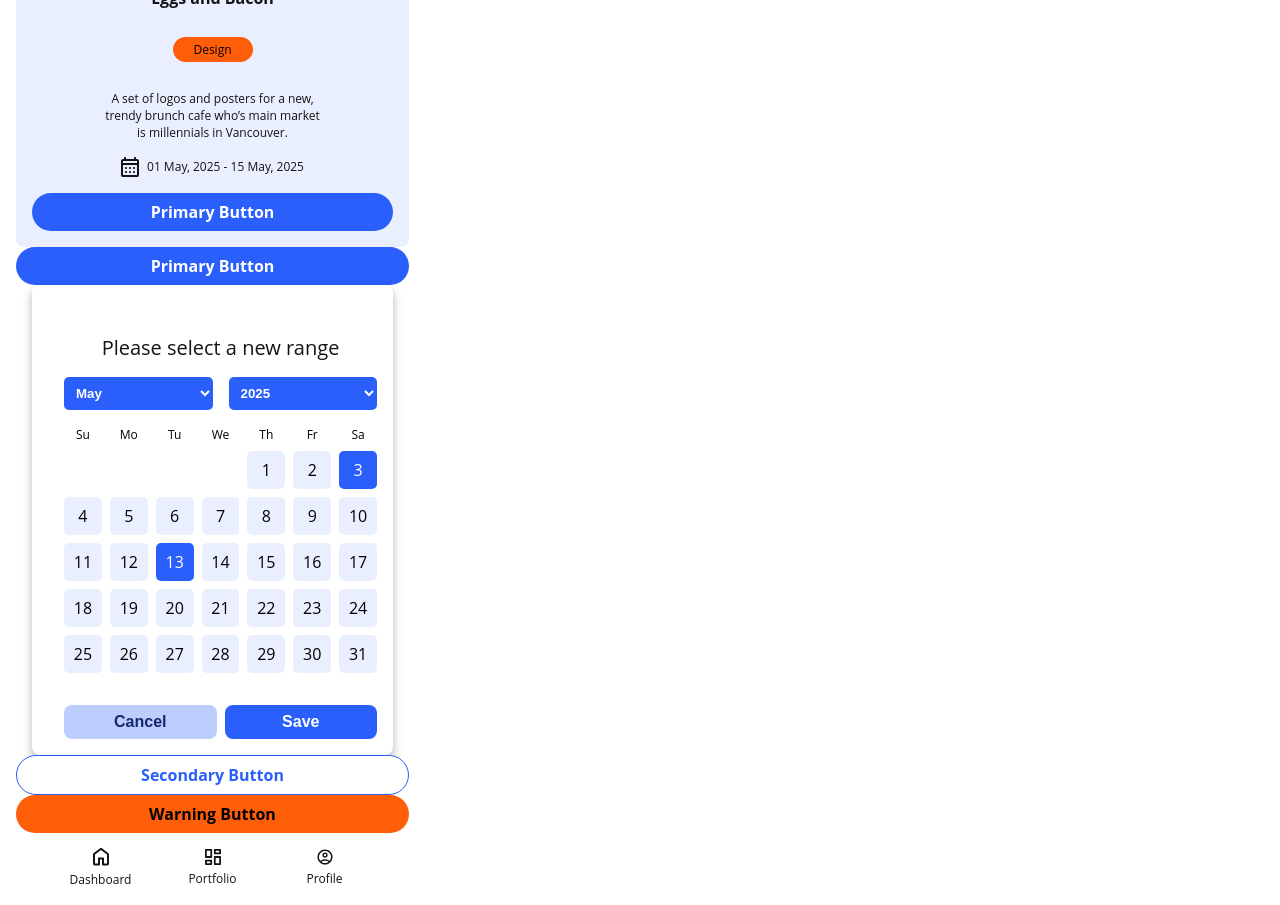
Repository: brunaguarizo/mosaic_app
Page: /
These files come from the project's save history. The page is drawn as it stood at one moment and after the next save; the edit follows.
The browser window is 1280 px wide. The pictures show the whole page.
The project was rebuilt for these pictures with package versions that can differ from the ones it lists, and the page was loaded fresh each time. The framework's server and built-in components were replaced by stand-ins that run in the browser. Also part of the build but not shown: next.config.mjs.

Above is the page before, as saved 2025-04-18 10:54:10.

### app/page.js
import Navbar from "./_ui/Navbar/Navbar";
import ProjectCard from "./_ui/Project_card/Project_card";
import Button from "./_ui/Button/Button";
import DatePicker from "./_ui/Date_PopUp/Date_PopUp";

export default function Home() {
    return (
        <div>
            <ProjectCard />

            <Button
                value='Primary Button'
                type='primary'
                //onClick={}
            />
            <DatePicker />

            <Button
                value='Secondary Button'
                type='secondary'
                //onClick={}
            />

            <Button
                value='Warning Button'
                type='warning'
                //onClick={}
            />
            <Navbar />
        </div>
    );
}

### app/globals.css
/* ------------------------------------------------------ GENERAL STYLES ------------------------------------------------------ */
*,
*::before,
*::after {
    box-sizing: inherit;
}

html,
body {
    padding: 0;
    margin: 0;
    font-family: var(--font-family);
    box-sizing: border-box;
}

html {
    display: flex;
    justify-content: center;
    align-items: center;
    width: 393px;
    height: 100%;
    margin: var(--space-regular);
}

.container {
}

.two-column {
    display: grid;
    grid-template-columns: 1fr 1fr;
    gap: var(--space-large);
}

/* ------------------------------------------------------ VARIABLES ------------------------------------------------------ */
:root {
    /* ----- COLORS ----- */
    --blue-primary: rgb(43, 95, 252);
    --blue-50: rgb(234, 239, 255);
    --blue-900: rgb(18, 40, 106);
    --white: #ffffff;
    --black: rgb(20, 20, 20);
    --grey-400: rgb(67, 67, 67);
    --yellow-secondary: rgb(255, 218, 1);
    --orange-secondary: rgb(255, 94, 9);
    --green-secondary: rgb(0, 193, 79);
    --purple-secondary: rgb(154, 65, 255);

    /* ----- TYPE ----- */
    --font-family: "Open Sans", sans-serif;

    --header-xxlarge-size: 88px;
    --title-section-font-size: 30px;
    --button-font-size: 24px;
    --body-text-font-size: 20px;
    --menu-font-size: 16px;
    --label-font-size: 12px;

    --font-style-normal: normal;
    --font-weight-bold: bold;

    --line-height-xxlarge: 100px;
    --line-height-large: 36px;
    --line-height-medium: 28px;
    --line-height-small: 20px;

    /* ----- SPACING ----- */
    --space-small: 8px;
    --space-regular: 16px;
    --space-medium: 32px;
    --space-large: 48px;
    --space-extra-large: 140px;
}

### app/_ui/Button/Button.js
// type: primary, secondary, warning
// disabled: boolean
// icon: icon
// size: small / default / large
// value: text
// onClick: function

import styles from "./Button.module.css";
import classNames from "classnames";

export default function Button({
    type,
    isDisabled = false,
    icon,
    size,
    value,
    onClick,
}) {
    const buttonClasses = classNames(styles.button, {
        [styles.small]: size === "small",
        [styles.large]: size === "large",
        [styles.primary]: type === "primary",
        [styles.secondary]: type === "secondary",
        [styles.disabled]: isDisabled,
        [styles.error]: type === "warning",
    });

    return (
        <input
            className={buttonClasses}
            type='button'
            value={value}
            onClick={onClick}
        />
    );
}

### app/_ui/Date_PopUp/Date_PopUp.js
"use client";

import { useState } from "react";
import styles from "./Date_PopUp.module.css";

const months = [
    "January",
    "February",
    "March",
    "April",
    "May",
    "June",
    "July",
    "August",
    "September",
    "October",
    "November",
    "December",
];

const years = [2025, 2026, 2027, 2028, 2029, 2020];

export default function DatePicker() {
    const [selectedMonth, setSelectedMonth] = useState(4); // May
    const [selectedYear, setSelectedYear] = useState(2025);
    const [selectedDates, setSelectedDates] = useState([3, 13]);

    const generateCalendar = () => {
        const firstDay = new Date(selectedYear, selectedMonth, 1).getDay();
        const daysInMonth = new Date(
            selectedYear,
            selectedMonth + 1,
            0
        ).getDate();

        const blanks = Array(firstDay).fill(null);
        const days = Array.from({ length: daysInMonth }, (_, i) => i + 1);

        return [...blanks, ...days];
    };

    const handleDateClick = (day) => {
        if (!day) return;
        const updated = [...selectedDates];
        if (updated.length === 2) updated.length = 0;
        updated.push(day);
        setSelectedDates(updated.sort((a, b) => a - b));
    };

    return (
        <div className={styles.popupContainer}>
            <div className={styles.popup}>
                <h2 className={styles.title}>Please select a new range</h2>
                <div className={styles.selects}>
                    <select
                        className={styles.select}
                        value={selectedMonth}
                        onChange={(e) =>
                            setSelectedMonth(Number(e.target.value))
                        }>
                        {months.map((month, idx) => (
                            <option
                                key={month}
                                value={idx}>
                                {month}
                            </option>
                        ))}
                    </select>
                    <select
                        className={styles.select}
                        value={selectedYear}
                        onChange={(e) =>
                            setSelectedYear(Number(e.target.value))
                        }>
                        {years.map((year) => (
                            <option
                                key={year}
                                value={year}>
                                {year}
                            </option>
                        ))}
                    </select>
                </div>
                <div className={styles.calendar}>
                    {["Su", "Mo", "Tu", "We", "Th", "Fr", "Sa"].map((day) => (
                        <div
                            key={day}
                            className={styles.dayLabel}>
                            {day}
                        </div>
                    ))}
                    {generateCalendar().map((day, idx) => (
                        <div
                            key={idx}
                            className={`${styles.dayCell} ${
                                selectedDates.includes(day)
                                    ? styles.selected
                                    : ""
                            } ${!day ? styles.empty : ""}`}
                            onClick={() => handleDateClick(day)}>
                            {day || ""}
                        </div>
                    ))}
                </div>
                <div className={styles.actions}>
                    <button className={styles.cancel}>Cancel</button>
                    <button className={styles.save}>Save</button>
                </div>
            </div>
        </div>
    );
}

### app/_ui/navbar/Navbar.module.css
.nav {
    width: 393px;
    height: 72px;
    justify-content: center;
    align-items: center;
    display: flex;
    flex-direction: row;
    padding: 0;
    margin: 0;
    gap: var(--space-large);
    border-top: 1px solid var(--grey-50);
}

.navbar__item {
    display: flex;
    flex-direction: column;
    justify-content: center;
    align-items: center;
    gap: 4px;
    text-decoration: none;
    width: 60px;
    height: 44px;
    padding-left: 32px;
    padding-right: 32px;
    margin: 0;
}

.navbar__icon {
    max-width: 16px;
    padding: 0;
    margin: 0;
    fill: var(--black);
}

.navbar__text {
    color: var(--black);
    font-size: var(--label-font-size);
    font-weight: var(--font-weight-400);
    line-height: var(--line-height-small);
    text-decoration: none;
    padding: 0;
    margin: 0;
}

.navbar__item:hover .navbar__text,
.navbar__item:hover .navbar__icon,
.navbar__item:active .navbar__text,
.navbar__item:active .navbar__icon {
    color: var(--blue-primary);
    fill: var(--blue-primary);
}

/* ------------------------------------------------------ VARIABLES ------------------------------------------------------ */
:root {
    /* ----- COLORS ----- */
    --blue-primary: rgb(43, 95, 252);
    --blue-50: rgb(234, 239, 255);
    --blue-100: #bdcdfe;
    --blue-900: rgb(18, 40, 106);
    --white: #ffffff;
    --black: rgb(20, 20, 20);
    --grey-400: rgb(67, 67, 67);
    --yellow-secondary: rgb(255, 218, 1);
    --orange-secondary: rgb(255, 94, 9);
    --green-secondary: rgb(0, 193, 79);
    --purple-secondary: rgb(154, 65, 255);

    /* ----- TYPE ----- */
    --font-family: "Open Sans", sans-serif;

    --font-size-extra-large: 30px;
    --font-size-large: 24px;
    --font-size-medium: 20px;
    --font-size-regular: 16px;
    --font-size-small: 12px;

    --font-style-normal: normal;
    --font-weight-bold: bold;

    --line-height-xxlarge: 100px;
    --line-height-large: 36px;
    --line-height-medium: 28px;
    --line-height-small: 20px;

    /* ----- SPACING ----- */
    --space-small: 8px;
    --space-regular: 16px;
    --space-medium: 32px;
    --space-large: 48px;
    --space-extra-large: 140px;
}

### app/_ui/Project_card/Project_card.module.css
.card__container {
    display: flex;
    flex-direction: column;
    justify-content: center;
    align-items: center;
    background-color: var(--blue-50);
    border-radius: var(--space-small);
    padding: var(--space-regular);
    gap: var(--space-regular);
}

.card__menu {
    width: 100%;
    display: flex;
    justify-content: flex-end;
    padding: 0;
    margin: 0;
}

.card__icon {
    fill: var(--blue-primary);
    padding: 0;
    margin: 0;

    &:hover {
        fill: var(--blue-900);
    }
}

.card__title {
    font-family: var(--font-family);
    font-size: var(--font-size-regular);
    font-weight: var(--font-weight-bold);
    color: var(--black);
    padding: 0;
    margin: 0;
}

.card__text {
    font-family: var(--font-family);
    font-size: var(--font-size-small);
    font-weight: var(--font-weight-regular);
    color: var(--black);
    text-align: center;
    padding: 0;
    margin: 0;
    max-width: 220px;
}

.date {
    display: flex;
    align-items: center;
    gap: var(--space-small);
    padding: 0;
    margin: 0;
}

.date__icon {
    fill: var(--black);
    padding: 0;
    margin: 0;
}

/* ------------------------------------------------------ VARIABLES ------------------------------------------------------ */
:root {
    /* ----- COLORS ----- */
    --blue-primary: rgb(43, 95, 252);
    --blue-50: rgb(234, 239, 255);
    --blue-100: #bdcdfe;
    --blue-900: rgb(18, 40, 106);
    --white: #ffffff;
    --black: rgb(20, 20, 20);
    --grey-400: rgb(67, 67, 67);
    --yellow-secondary: rgb(255, 218, 1);
    --orange-secondary: rgb(255, 94, 9);
    --green-secondary: rgb(0, 193, 79);
    --purple-secondary: rgb(154, 65, 255);

    /* ----- TYPE ----- */
    --font-family: "Open Sans", sans-serif;

    --font-size-extra-large: 30px;
    --font-size-large: 24px;
    --font-size-medium: 20px;
    --font-size-regular: 16px;
    --font-size-small: 12px;

    --font-style-normal: normal;
    --font-weight-bold: bold;

    --line-height-xxlarge: 100px;
    --line-height-large: 36px;
    --line-height-medium: 28px;
    --line-height-small: 20px;

    /* ----- SPACING ----- */
    --space-small: 8px;
    --space-regular: 16px;
    --space-medium: 32px;
    --space-large: 48px;
    --space-extra-large: 140px;
}

### app/_ui/Tag/Tag.js
import styles from "./Tag.module.css";

function Tag() {
    return <p className={styles.tag}>Design</p>;
}

export default Tag;

### app/_ui/Button/Button.module.css
.button {
    font-family: var(--font-family);
    font-size: var(--font-size-regular);
    font-weight: var(--font-weight-bold);
    width: 100%;
    padding-top: var(--space-small);
    padding-left: var(--space-regular);
    padding-right: var(--space-regular);
    padding-bottom: var(--space-small);
    border-radius: 100px;
    align-items: center;
    border: none;

    &:hover {
        background-color: var(--blue-900);
        color: var(--white);
    }
}

.primary {
    background: var(--blue-primary);
    color: var(--white);
}

.secondary {
    background-color: var(--white);
    border: 1px solid var(--blue-primary);
    color: var(--blue-primary);
}

.disabled {
    pointer-events: none;
    color: var(--white);
    background-color: var(--blue-100);
}

.small {
    font-size: var(--font-size-small);
    padding: var(--space-small);
    align-items: center;
}

.large {
    font-size: var(--font-size-large);
    padding: var(--space-regular);
}

.error {
    background-color: var(--orange-secondary);
}

/* ------------------------------------------------------ VARIABLES ------------------------------------------------------ */
:root {
    /* ----- COLORS ----- */
    --blue-primary: rgb(43, 95, 252);
    --blue-50: rgb(234, 239, 255);
    --blue-100: #bdcdfe;
    --blue-900: rgb(18, 40, 106);
    --white: #ffffff;
    --black: rgb(20, 20, 20);
    --grey-400: rgb(67, 67, 67);
    --yellow-secondary: rgb(255, 218, 1);
    --orange-secondary: rgb(255, 94, 9);
    --green-secondary: rgb(0, 193, 79);
    --purple-secondary: rgb(154, 65, 255);

    /* ----- TYPE ----- */
    --font-family: "Open Sans", sans-serif;

    --font-size-extra-large: 30px;
    --font-size-large: 24px;
    --font-size-medium: 20px;
    --font-size-regular: 16px;
    --font-size-small: 12px;

    --font-style-normal: normal;
    --font-weight-bold: bold;

    --line-height-xxlarge: 100px;
    --line-height-large: 36px;
    --line-height-medium: 28px;
    --line-height-small: 20px;

    /* ----- SPACING ----- */
    --space-small: 8px;
    --space-regular: 16px;
    --space-medium: 32px;
    --space-large: 48px;
    --space-extra-large: 140px;
}

### app/_ui/Date_PopUp/Date_PopUp.module.css
.popupContainer {
    display: flex;
    justify-content: center;
    align-items: center;
}

.popup {
    background-color: var(--white);
    padding: var(--space-medium) var(--space-regular) var(--space-regular)
        var(--space-medium);
    border-radius: var(--space-small);
    box-shadow: 0 5px 10px rgba(0, 0, 0, 0.3);
    font-family: var(--font-family);
    width: 361px;
    gap: var(--space-regular);
}

.title {
    font-size: var(--font-size-medium);
    font-weight: var(--font-weight-regular);
    color: var(--black);
    text-align: center;
}

.selects {
    display: flex;
    gap: var(--space-regular);
    margin-bottom: var(--space-regular);
}

.select {
    flex: 1;
    padding: var(--space-small);
    background-color: var(--blue-primary);
    color: var(--white);
    font-weight: var(--font-weight-bold);
    border: none;
    border-radius: 5px;
    cursor: pointer;
}

.calendar {
    display: grid;
    grid-template-columns: repeat(7, 1fr);
    gap: var(--space-small);
    text-align: center;
    margin-bottom: var(--space-medium);
}

.dayLabel {
    font-weight: var(--font-weight-regular);
    font-size: var(--font-size-small);
    color: black;
}

.dayCell {
    padding: var(--space-small);
    border-radius: 5px;
    font-size: var(--font-size-regular);
    background-color: var(--blue-50);
    cursor: pointer;
    user-select: none;
}

.dayCell:hover {
    background-color: var(--blue-100);
}

.selected {
    background-color: var(--blue-primary);
    color: var(--white);
}

.empty {
    background: none;
    pointer-events: none;
}

.actions {
    display: flex;
    justify-content: space-between;
}

.cancel,
.save {
    padding: var(--space-small) var(--space-medium);
    border: none;
    border-radius: 8px;
    font-size: var(--font-size-regular);
    font-weight: var(--font-weight-bold);
    cursor: pointer;
    flex: 1;
}

.cancel {
    background-color: var(--blue-100);
    color: var(--blue-900);
    margin-right: var(--space-small);
}

.save {
    background-color: var(--blue-primary);
    color: var(--white);
}

/* ------------------------------------------------------ VARIABLES ------------------------------------------------------ */
:root {
    /* ----- COLORS ----- */
    --blue-primary: rgb(43, 95, 252);
    --blue-50: rgb(234, 239, 255);
    --blue-100: #bdcdfe;
    --blue-900: rgb(18, 40, 106);
    --white: #ffffff;
    --black: rgb(20, 20, 20);
    --grey-400: rgb(67, 67, 67);
    --yellow-secondary: rgb(255, 218, 1);
    --orange-secondary: rgb(255, 94, 9);
    --green-secondary: rgb(0, 193, 79);
    --purple-secondary: rgb(154, 65, 255);

    /* ----- TYPE ----- */
    --font-family: "Open Sans", sans-serif;

    --font-size-extra-large: 30px;
    --font-size-large: 24px;
    --font-size-medium: 20px;
    --font-size-regular: 16px;
    --font-size-small: 12px;

    --font-style-normal: normal;
    --font-weight-bold: bold;

    --line-height-xxlarge: 100px;
    --line-height-large: 36px;
    --line-height-medium: 28px;
    --line-height-small: 20px;

    /* ----- SPACING ----- */
    --space-small: 8px;
    --space-regular: 16px;
    --space-medium: 32px;
    --space-large: 48px;
    --space-extra-large: 140px;
}

### app/_ui/Tag/Tag.module.css
.tag {
    font-family: var(--font-family);
    font-size: var(--font-size-small);
    font-weight: var(--font-weight-regular);
    width: 80px;
    padding: var(--space-extra-small);
    border-radius: 100px;
    border: none;
    background-color: var(--orange-secondary);

    display: flex;
    justify-content: center;
    align-items: center;
    text-align: center;
}

/* ------------------------------------------------------ VARIABLES ------------------------------------------------------ */
:root {
    /* ----- COLORS ----- */
    --blue-primary: rgb(43, 95, 252);
    --blue-50: rgb(234, 239, 255);
    --blue-100: #bdcdfe;
    --blue-900: rgb(18, 40, 106);
    --white: #ffffff;
    --black: rgb(20, 20, 20);
    --grey-400: rgb(67, 67, 67);
    --yellow-secondary: rgb(255, 218, 1);
    --orange-secondary: rgb(255, 94, 9);
    --green-secondary: rgb(0, 193, 79);
    --purple-secondary: rgb(154, 65, 255);

    /* ----- TYPE ----- */
    --font-family: "Open Sans", sans-serif;

    --font-size-extra-large: 30px;
    --font-size-large: 24px;
    --font-size-medium: 20px;
    --font-size-regular: 16px;
    --font-size-small: 12px;

    --font-style-normal: normal;
    --font-weight-bold: bold;

    --line-height-xxlarge: 100px;
    --line-height-large: 36px;
    --line-height-medium: 28px;
    --line-height-small: 20px;

    /* ----- SPACING ----- */
    --space-extra-small: 4px;
    --space-small: 8px;
    --space-regular: 16px;
    --space-medium: 32px;
    --space-large: 48px;
    --space-extra-large: 140px;
}

Loaded but not shown: app/layout.js (common file); app/_ui/Project_card/Project_card.js (67 lines, source omitted); app/_ui/navbar/Navbar.js (56 lines, source omitted)

After the next save:
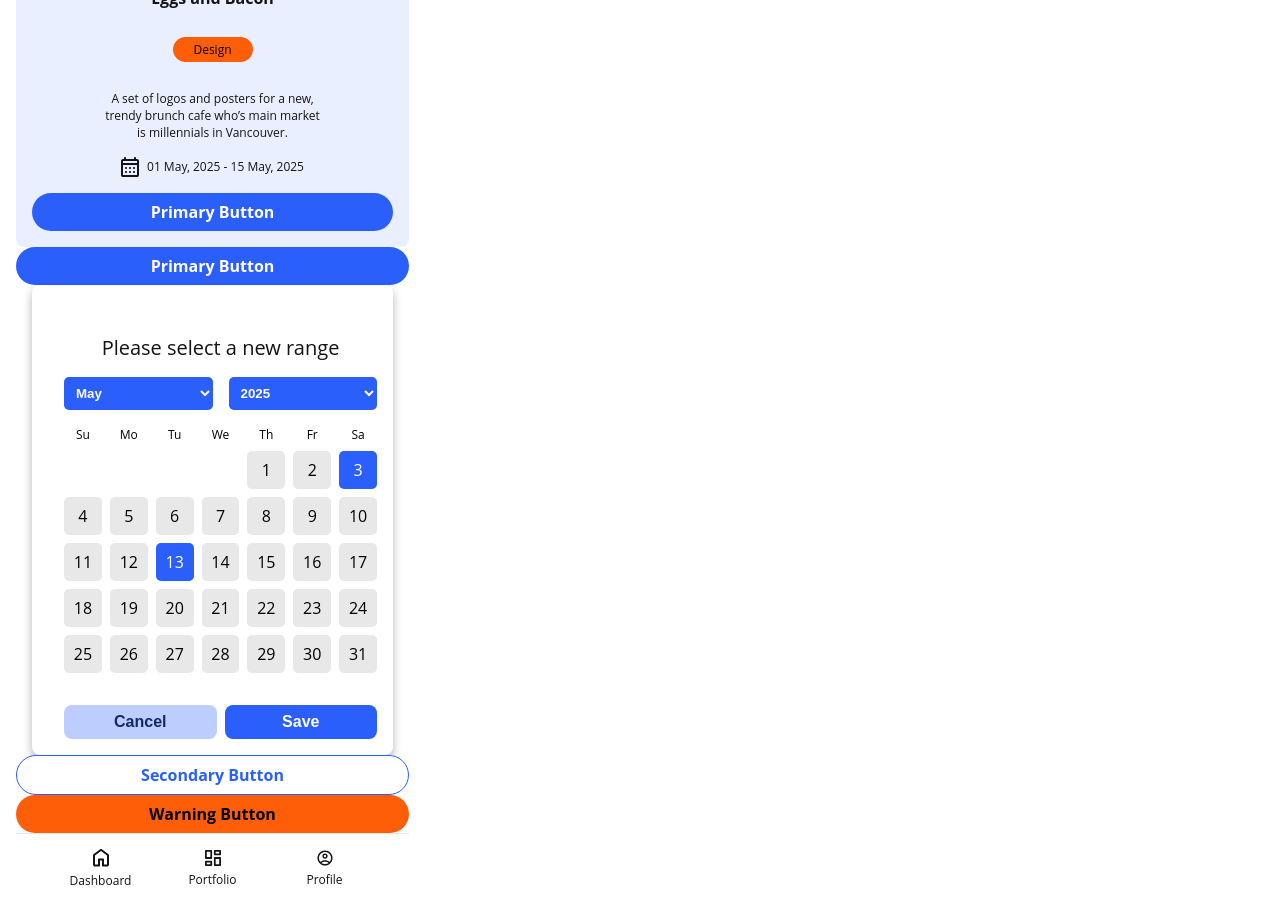
Saved 71 s later.
--- a/app/_ui/Date_PopUp/Date_PopUp.module.css
+++ b/app/_ui/Date_PopUp/Date_PopUp.module.css
@@ -57,7 +57,7 @@
     padding: var(--space-small);
     border-radius: 5px;
     font-size: var(--font-size-regular);
-    background-color: var(--blue-50);
+    background-color: var(--grey-50);
     cursor: pointer;
     user-select: none;
 }
@@ -113,6 +113,7 @@
     --white: #ffffff;
     --black: rgb(20, 20, 20);
     --grey-400: rgb(67, 67, 67);
+    --grey-50: #e8e8e8;
     --yellow-secondary: rgb(255, 218, 1);
     --orange-secondary: rgb(255, 94, 9);
     --green-secondary: rgb(0, 193, 79);
